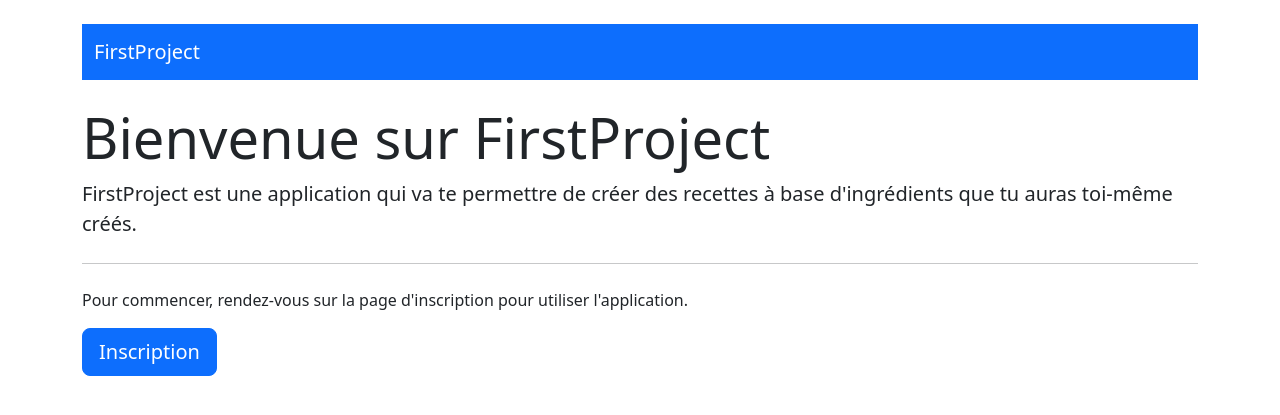
Repository: IslamBoubaker/finir
Page: templates/home/index.html.twig
The author's editor kept a copy of each file at every save. The page is drawn from the files as they stood at one save, then again after a run of saves.
The browser window is 1280 px wide. The pictures show the whole page.
The page is a Twig template of a Symfony application; nobody is signed in and links lead nowhere. The template is opened directly, without the code that normally fills it, so the values that code supplies are empty.

Above is the page before, as saved 2025-06-20 10:24:47.

### templates/home/index.html.twig
{% extends "base.html.twig" %}

{% block title %} FirstProject - Accueil {% endblock %}

{% block body %}
    <div class="jumbotron mt-4">
        <h1 class="display-4">Bienvenue sur FirstProject</h1>
        <p class="lead">FirstProject est une application qui va te permettre de créer des recettes à base d'ingrédients que tu auras toi-même créés.</p>
        <hr class="my-4">
        <p>Pour commencer, rendez-vous sur la page d'inscription pour utiliser l'application.</p>
        <a class="btn btn-primary btn-lg" href="#" role="button">Inscription</a>
    </div>
{% endblock %}

### templates/base.html.twig
<!DOCTYPE html>
<html>
<head>
    <meta charset="UTF-8">
    <title>{% block title %}Bienvenue{% endblock %}</title>

    {% block stylesheets %}
        <link href="https://cdn.jsdelivr.net/npm/bootstrap@5.3.0/dist/css/bootstrap.min.css" rel="stylesheet">
    {% endblock %}
</head>
<body>
    {% block header %}{% endblock %}
    <div class="container mt-4">
    {% include 'header/_header.html.twig' %}
        {% block body %}{% endblock %}
    </div>

    {% block javascripts %}

        <script src="https://cdn.jsdelivr.net/npm/bootstrap@5.3.0/dist/js/bootstrap.bundle.min.js"></script>
    {% endblock %}
</body>
</html>

### templates/header/_header.html.twig
<nav class="navbar navbar-expand-lg navbar-dark bg-primary">
  <div class="container-fluid">
    <a class="navbar-brand" href="#">FirstProject</a>
    <button class="navbar-toggler" type="button" data-bs-toggle="collapse" data-bs-target="#navbarNav">
      <span class="navbar-toggler-icon"></span>
    </button>
  </div>
</nav>

After the next 2 saves:
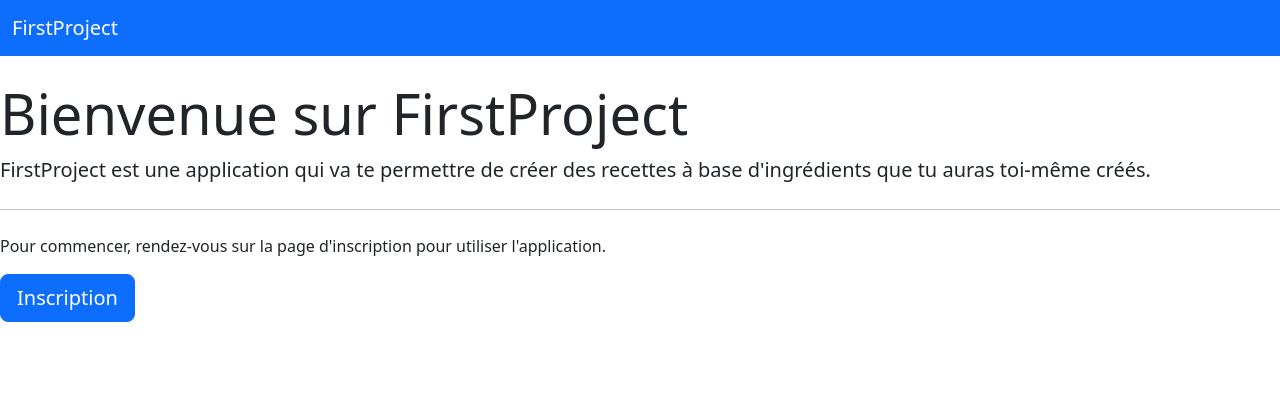
The 2 saves are shown as one change because they came seconds apart.
The last was saved 16 s later.
--- a/templates/base.html.twig
+++ b/templates/base.html.twig
@@ -10,10 +10,8 @@
 </head>
 <body>
     {% block header %}{% endblock %}
-    <div class="container mt-4">
     {% include 'header/_header.html.twig' %}
         {% block body %}{% endblock %}
-    </div>
 
     {% block javascripts %}
 
